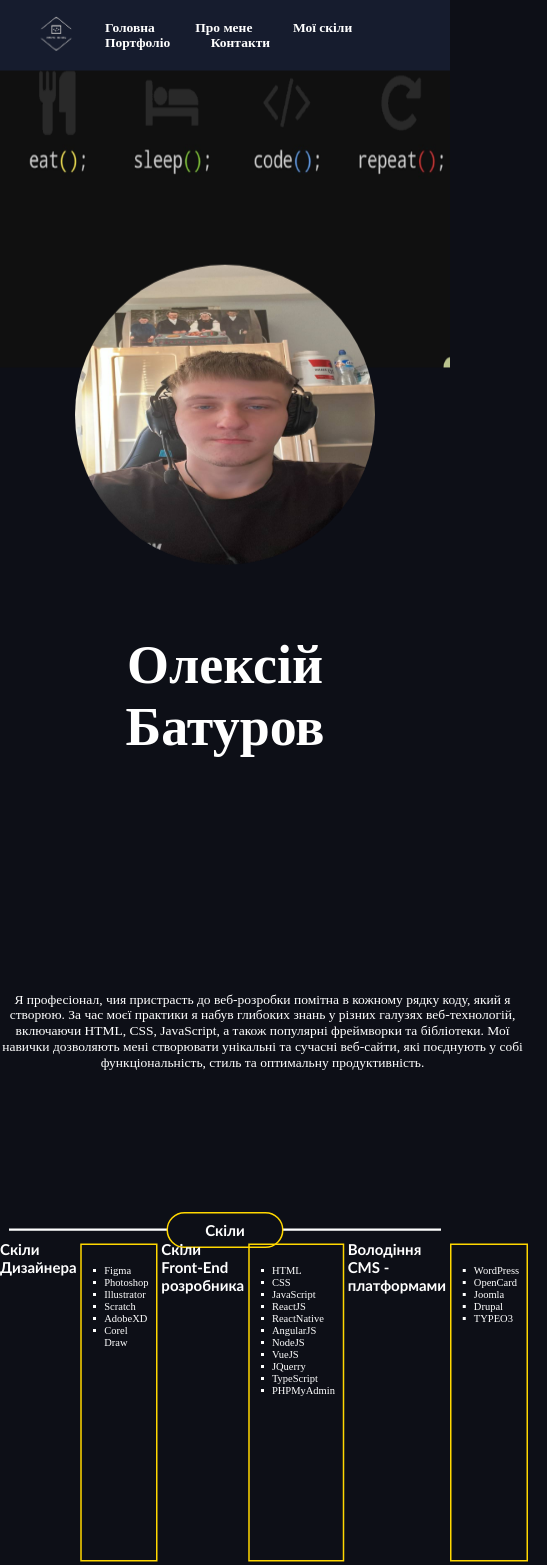
Repository: qtqqrdy13/cv-2
Page: index.html
The author's editor kept a copy of each file at every save. The page is drawn from the files as they stood at one save, then again after the next save.
The browser window is 600 px wide. The page is 704 px wide, then 729 px, so the pictures cover 729 px, including what lies to the right of the window. The pictures show the whole page, at 75% of full size.

Above is the page before, as saved 2023-10-04 21:58:02.

After the next save:
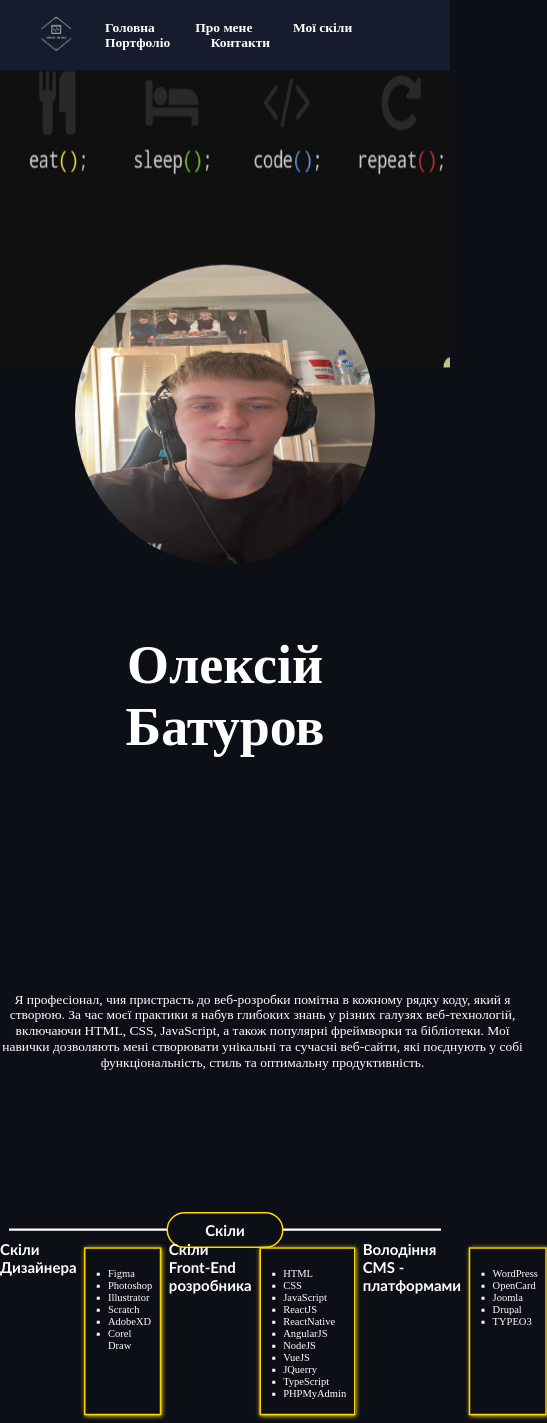
Saved 3 min 23 s later.
--- a/main.css
+++ b/main.css
@@ -231,6 +231,7 @@ nav a:hover {
     width: 400px;
     height: 400px;
     flex:1;
+    box-shadow: 1px 1px 6px gold;
 }
  h2{
     font-size: 20px;
@@ -258,6 +259,8 @@ nav a:hover {
 @media screen and (max-width:1024px){
     .block{
         padding: 10px;
+        width: 250px;
+        height: 250px;
     }
     .block h2{
         font-size:18px;
@@ -269,7 +272,8 @@ nav a:hover {
 @media screen and (max-width:750px){
     .block{
         padding:10px;
-        margin:5px;
+        width: 200px;
+        height: 200px;
     }
     .block h2{
         font-size:16px;
